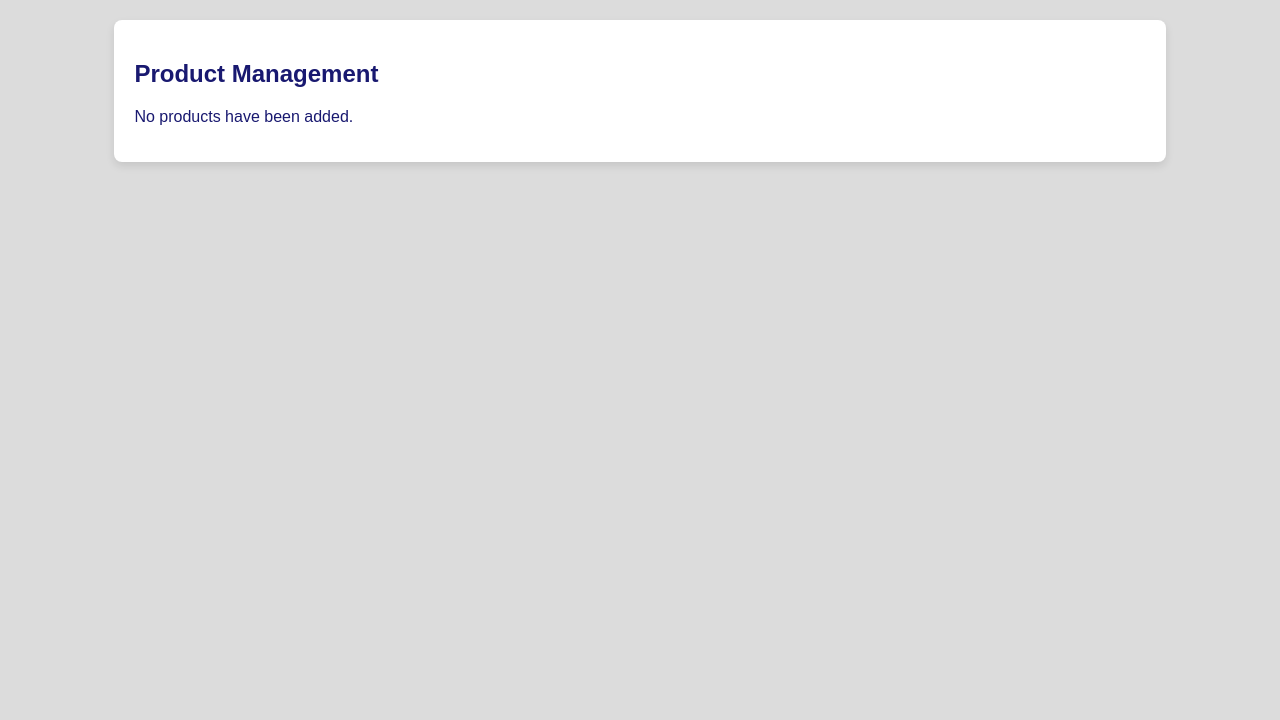
Repository: happy-kitty0821/PixlePrinters
Page: http://localhost/PixlePrint/DisplayProductServlet
These files come from the project's save history. The page is drawn as it stood at one moment and after the next save; the edit follows.
The browser window is 1280 px wide. The pictures show the whole page.
The page is served by Tomcat 9. Queries for data that is not in the repository find no rows.

Above is the page before, as saved 2024-05-03 18:34:25.

After the next save:
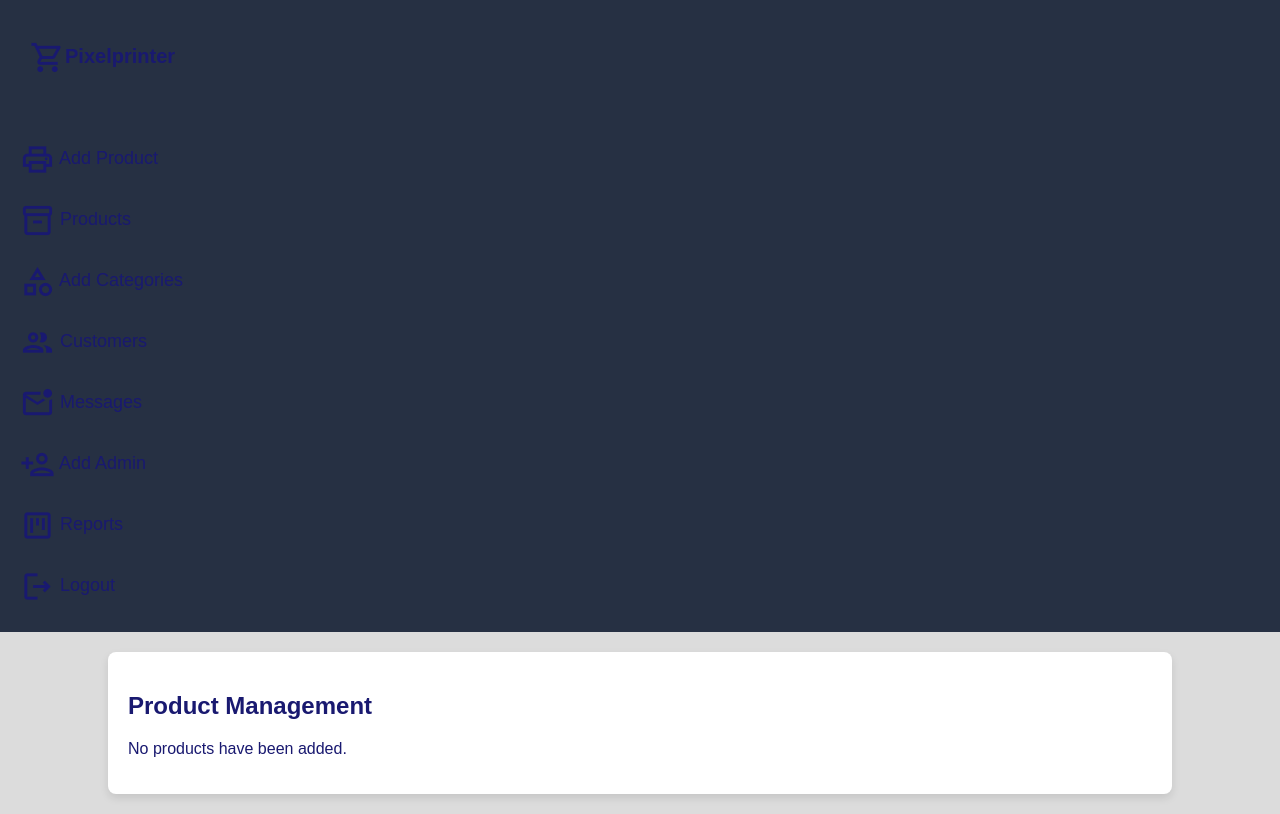
Saved 49 s later.
--- a/PixlePrint/src/main/webapp/pages/AdminProducts.jsp
+++ b/PixlePrint/src/main/webapp/pages/AdminProducts.jsp
@@ -1,4 +1,4 @@
-<%@ page language="java" contentType="text/html; charset=UTF-8" pageEncoding="UTF-8"%>
+<%@ include file="AdminSidebar.jsp" %>
 <%@ page import="java.util.List" %>
 <%@ page import="models.ProductModel" %>
 
